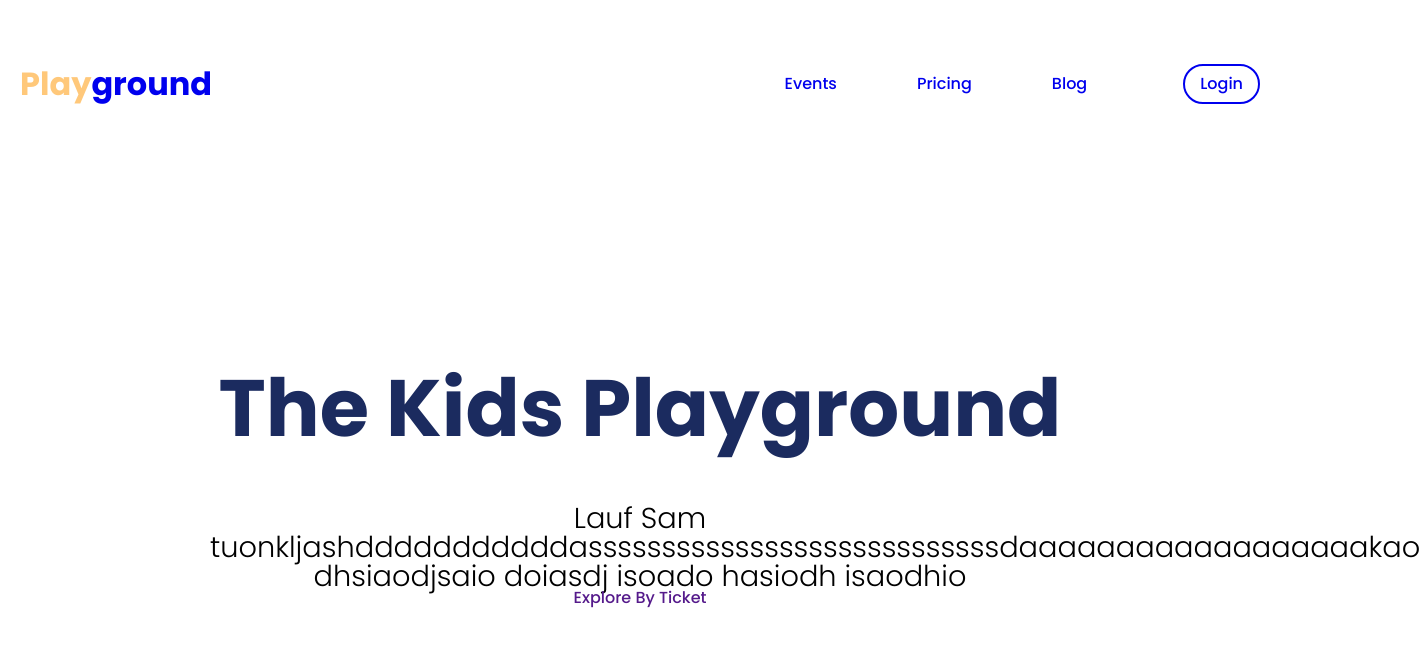
Repository: lausamtuong/Cut-psd-to-html
Page: index.html
These files come from the project's save history. The page is drawn as it stood at one moment and after a run of saves; the edit follows.
The browser window is 1280 px wide. The page is 1420 px wide, so the pictures cover 1420 px, including what lies to the right of the window. The pictures show the whole page.
The style sheet was rebuilt from its Sass, Less or Tailwind sources for each picture, by a compiler version that may differ from the author's.

Above is the page before, as saved 2021-12-06 15:40:11.

After the next 2 saves:
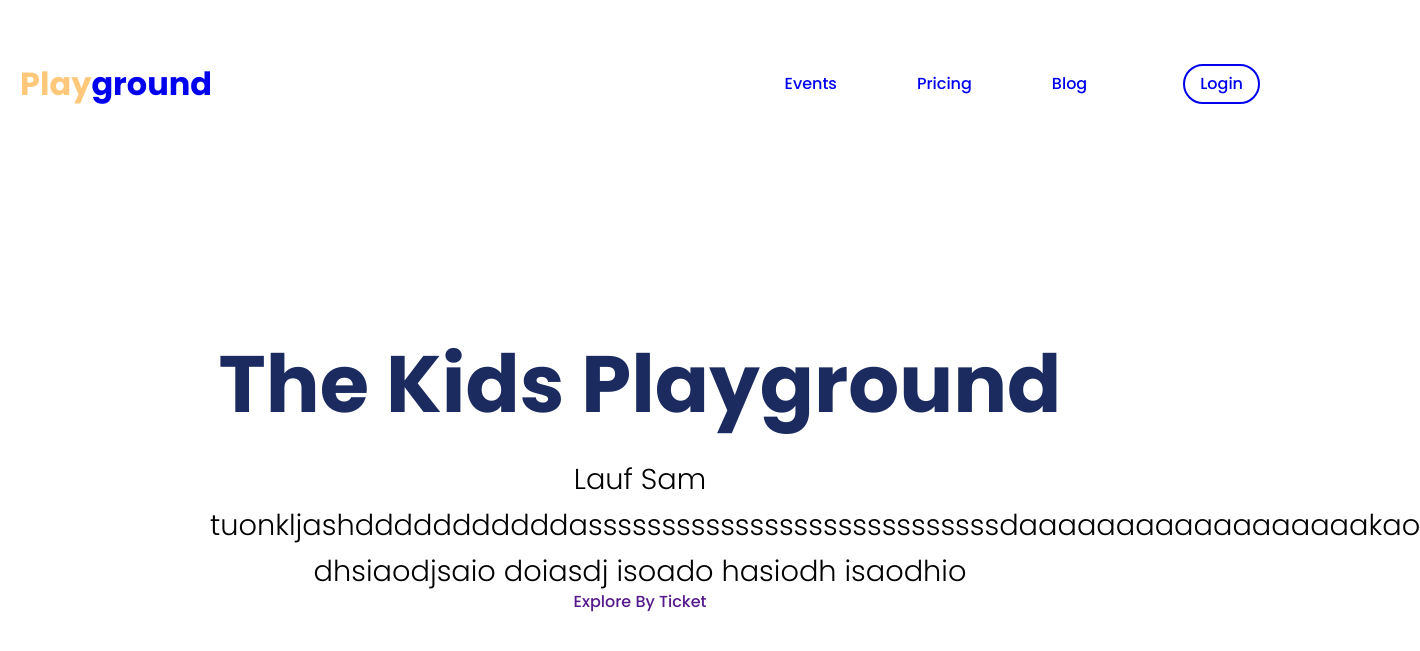
The 2 saves are shown as one change because they came seconds apart.
The last was saved 10 s later.
--- a/style.scss
+++ b/style.scss
@@ -63,10 +63,11 @@
         color:$text-color;
         font-weight: 900;
         margin-bottom: 2rem;
-        line-height: 1.6;
+
     }
     &__decs{
         font-size: 1.8rem;
         font-weight: 300;
+        line-height: 1.6;
     }
 }
